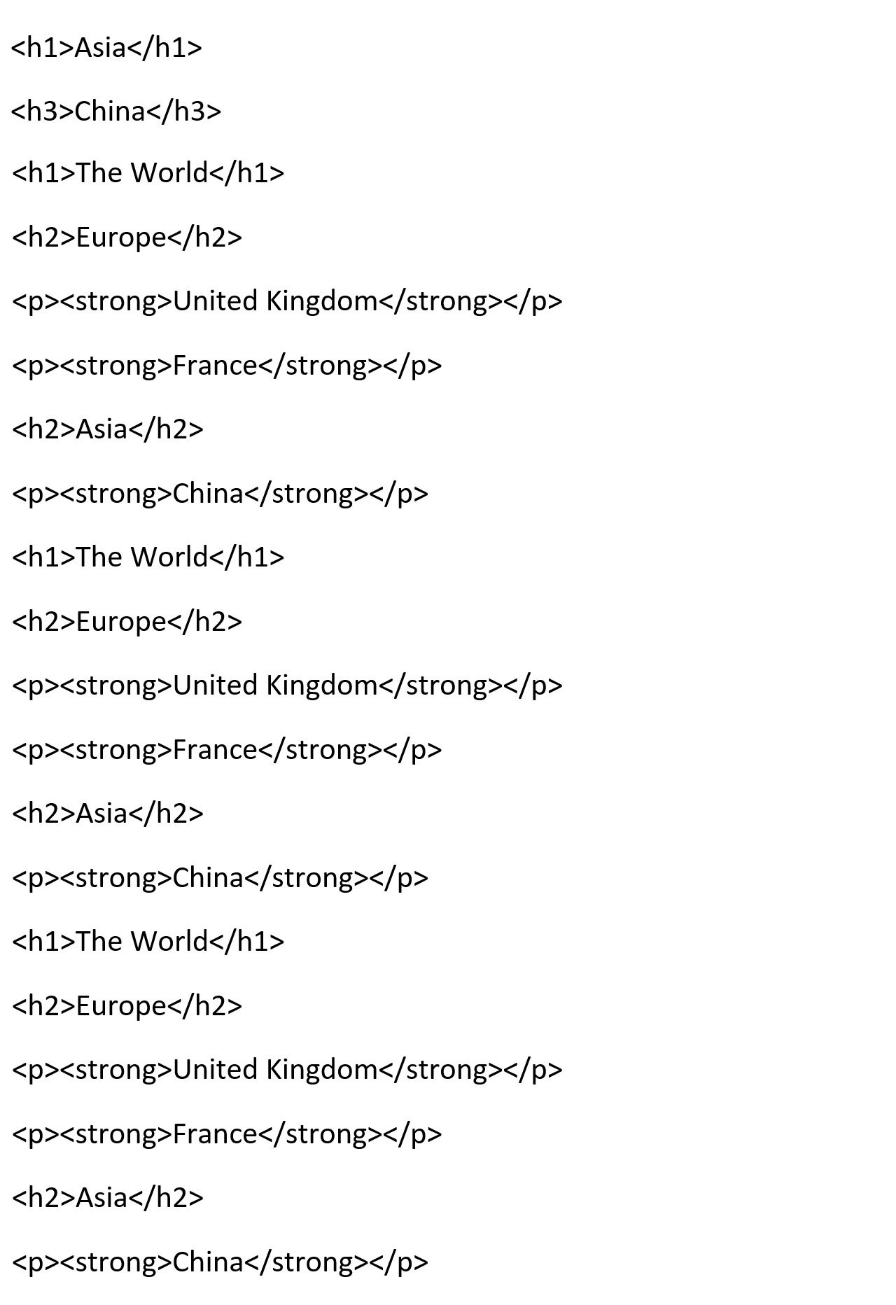
Repository: DigitalExperienceTeam/assessmentImages
Page: index.html
The author's editor kept a record of every edit. The page is drawn from the files as they stood at one moment, then again after the next edit.
The browser window is 1280 px wide. The pictures show the part of the page from y = 1925 to 3845 px (the page is 3789 px tall before and 3845 px after), at 70% of full size.

Above is the page before.

### index.html
<!DOCTYPE html>
<html lang="en">
<head>
    <meta charset="UTF-8">
    <meta name="viewport" content="width=device-width, initial-scale=1.0">
    <meta http-equiv="X-UA-Compatible" content="ie=edge">
    <title>Document</title>
</head>
<body>
    <p><img src="Question6.jpg"></p>

    <p><img src="Question7A.jpg"></p>

    <p><img src="Question7B.jpg"></p>

    <p><img src="Question7C.jpg"></p>

    <p><img src="Question7D.jpg"></p>

     <p><img src="Question7D.jpg"></p>

      <p><img src="Question7D.jpg"></p>

</body>
</html>

After the next edit:
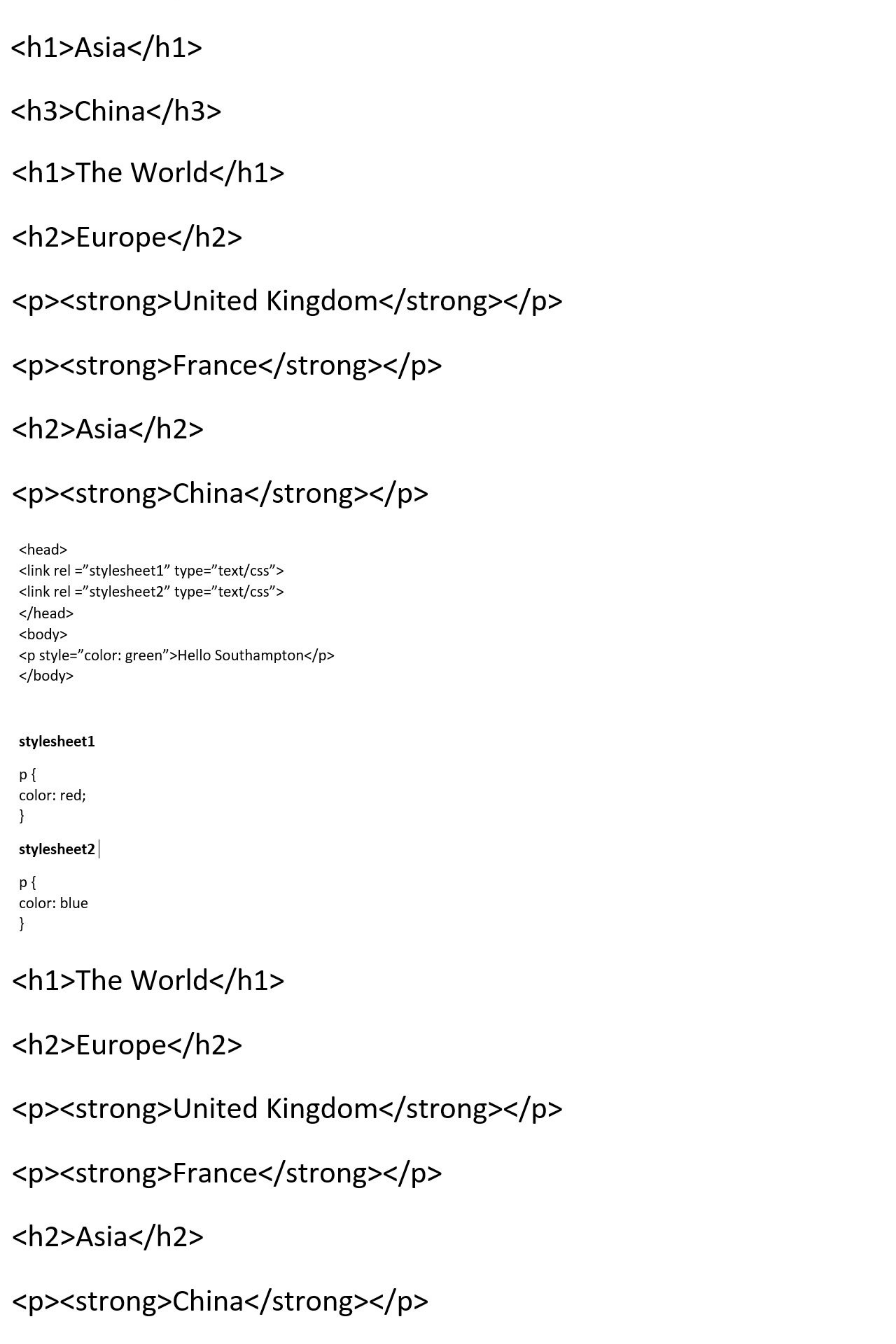
The edit:
--- a/index.html
+++ b/index.html
@@ -17,7 +17,7 @@
 
     <p><img src="Question7D.jpg"></p>
 
-     <p><img src="Question7D.jpg"></p>
+     <p><img src="css1.jpg"></p>
 
       <p><img src="Question7D.jpg"></p>
 
